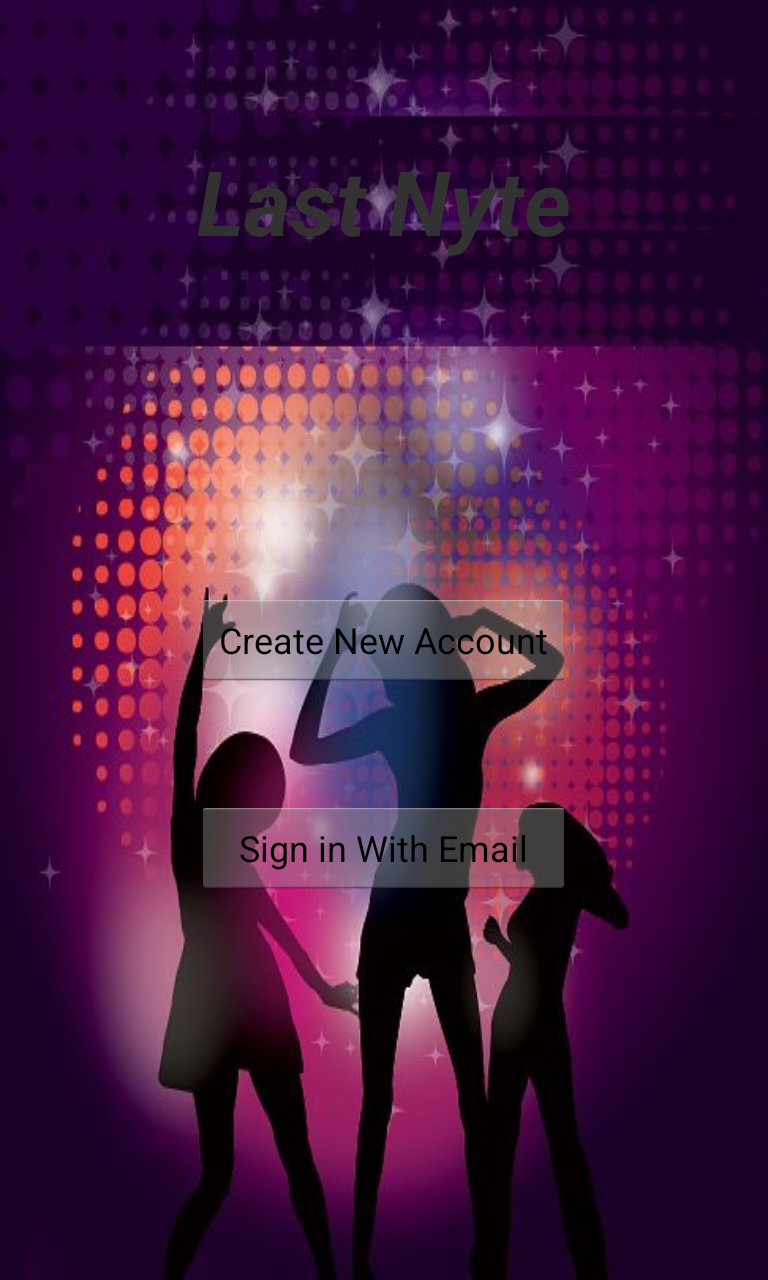
Repository: NarenPamza/Android_Template
Layout: LastNightParty/res/layout/activity_main.xml
The author's editor kept a copy of each file at every save. The layout is drawn from the files as they stood at one save, then again after the next save.
It is drawn on a 768 x 1280 px phone screen (xhdpi) without system bars, with theme AppTheme; the app's code is not run. The app's manifest (not shown) leaves right-to-left support off. So textAlignment, textDirection and layoutDirection are ignored, and left and right values win over start and end ones.

Above is the layout before, as saved 2015-12-26 12:13:20.

After the next save:
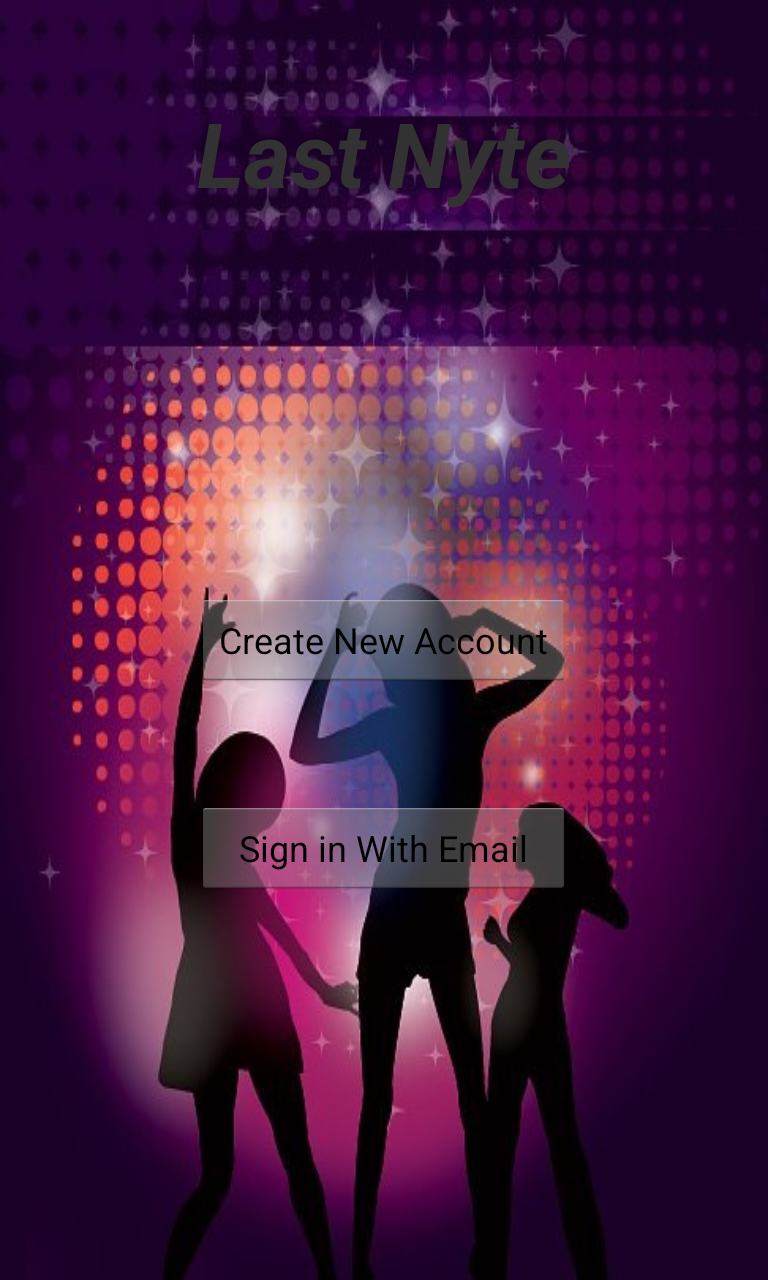
Saved 3 min 27 s later.
--- a/LastNightParty/res/layout/activity_main.xml
+++ b/LastNightParty/res/layout/activity_main.xml
@@ -20,16 +20,6 @@
         android:text="@string/sign_in"
         android:onClick="signIn" />
 
-    <TextView
-        android:layout_width="wrap_content"
-        android:layout_height="wrap_content"
-        android:layout_alignParentTop="true"
-        android:layout_centerHorizontal="true"
-        android:layout_marginTop="54dp"
-        android:text="@string/hello_world"
-        android:textStyle="bold|italic"
-        android:textSize="45sp" />
-
     <Button
         android:id="@+id/button1"
         android:layout_width="wrap_content"
@@ -39,4 +29,15 @@
         android:text="@string/create_new"
         android:onClick="createNew" />
 
+    <TextView
+        android:id="@+id/lastNight"
+        android:layout_width="wrap_content"
+        android:layout_height="wrap_content"
+        android:layout_alignParentTop="true"
+        android:layout_centerHorizontal="true"
+        android:layout_marginTop="30dp"
+        android:text="@string/hello_world"
+        android:textSize="45sp"
+        android:textStyle="bold|italic" />
+
 </RelativeLayout>
